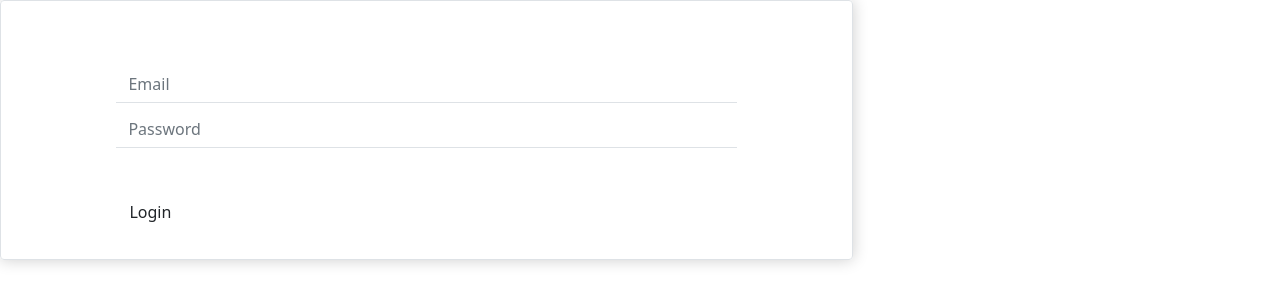
Repository: SaudCh/React-login
Page: /login
These files come from the project's save history. The page is drawn as it stood at one moment and after the next save; the edit follows.
The browser window is 1280 px wide. The pictures show the whole page.
The project was rebuilt for these pictures with package versions that can differ from the ones it lists, and the page was loaded fresh each time. Also part of the build but not shown: src/Components/Register/RegsiterCss.js, src/Components/Register/RegisterValidation.js, src/Components/Register/Register.jsx, src/Components/Home/Home.jsx.

Above is the page before, as saved 2022-02-05 22:34:32.

### src/App.js
import Login from './Components/Login/Login';
import Register from './Components/Register/Register'
import '../node_modules/bootstrap/dist/css/bootstrap.min.css'
import { Routes, Route } from 'react-router-dom'
import Home from './Components/Home/Home';

function App() {
  return (
    <Routes>
      <Route path="login" element={<Login />} />
      <Route path="register" element={<Register />} />
      <Route path="/" element={<Home />} />
      <Route path="*" element={<Register />} />
    </Routes >
  );
}

export default App;

### src/Components/Login/Login.jsx
import React, { useState } from "react";
import "./Login.css";
import { formStyle } from "./logincss";
import axios from "axios";
import { loginValidation } from "./loginValidation";

export default function Login() {
  const [email, setEmail] = useState();
  const [password, setPassword] = useState();
  const [error, setError] = useState("");

  const formSubmit = (e) => {
    setError("");
    e.preventDefault();
    const data = {
      email: email,
      password: password,
    };

    const errors = loginValidation(data);

    if (Object.keys(errors).length !== 0) {
      setError(errors);
      return;
    }

    axios
      .post("http://localhost:5000/api/user/login", data)
      .then(function (response) {
        console.log(response);
      })
      .catch(function (error) {
        let err;
        if (error.response) {
          err = error.response.data.message;
        } else if (error.request) {
          err = error.toJSON().message;
        } else {
          err = error.message;
        }
        setError({ api: err });
      });
  };

  return (
    <div>
      <div className="container-fluid">
        <div className="row">
          <div className="col-10 col-md-8 background-text border rounded">
            <form onSubmit={formSubmit} className="col-9">
              {error.api && <p className="text-danger p-0 m-0">{error.api}</p>}
              <div className="my-2">
                <h4 className="text-white">Login </h4>
              </div>
              <div className="form-group my-2">
                <input
                  style={formStyle}
                  value={email}
                  onChange={(email) => setEmail(email.target.value)}
                  type="email"
                  class="form-control border-bottom"
                  id="email"
                  placeholder="Email"
                />
                {error.email && (
                  <p className="text-danger p-0 m-0">{error.email}</p>
                )}
              </div>
              <div className="form-group my-2">
                <input
                  style={formStyle}
                  value={password}
                  onChange={(password) => setPassword(password.target.value)}
                  type="password"
                  class="form-control border-bottom"
                  id="password"
                  placeholder="Password"
                />
                {error.password && (
                  <p className="text-danger p-0 m-0">{error.password}</p>
                )}
              </div>
              <div className="my-2">
                <div>
                  <p className="text-white" style={{ fontSize: "0.9rem" }}>
                    New to Website <span>Register</span>
                  </p>
                </div>
                <button className="btn" style={{ backgroundColor: "white" }}>
                  Login
                </button>
              </div>
            </form>
          </div>
          <div className="col-4"></div>
        </div>
      </div>
    </div>
  );
}

### src/Components/Login/Login.css
.background-image {
  background-image: linear-gradient(rgba(0, 0, 0, 0.2), rgba(0, 0, 0, 0.2)),
    url("../Images/books.jpg");
  background-position: center;
  background-repeat: no-repeat;
  background-size: cover;

  height: 100vh;
  justify-content: center;
  align-items: center;

  position: relative;
  z-index: 1;
}
.background-image::before {
  content: "";
  position: absolute;
  background: inherit;
  top: 0;
  bottom: 0;
  left: 0;
  right: 0;
  filter: blur(1px);
  z-index: -1;
}

.background-text {
  padding: 20px 0px;
  display: flex;
  justify-content: center;
  align-items: center;

  box-shadow: 0 0 1rem 0 rgba(0, 0, 0, 0.2);
  position: relative;
  background: inherit;
  z-index: 1;
}
.background-text::before {
  content: "";
  position: absolute;
  background: inherit;
  top: 0;
  bottom: 0;
  left: 0;
  right: 0;
  box-shadow: inset 0 0 2000px rgba(255, 255, 255, 0.3);
  /* filter: blur(1px); */
  z-index: -1;
}

input:hover,
input:active,
input:focus,
input:-webkit-autofill {
  outline: 0px !important;
  -webkit-appearance: none;
  box-shadow: none !important;
}
input:-webkit-autofill,
input:-webkit-autofill:focus {
  transition: background-color 600000s 0s, color 600000s 0s;
}

### src/Components/Login/logincss.js
export const formStyle = {
    backgroundColor: "transparent",
    color: "white",
    border: "none",
    borderRadius: 0,
};

### src/Components/Login/loginValidation.js
export const loginValidation = (data) => {
    let errors = {};

    if (!data.email) {
        errors.email = "Email Is Required."
    }
    else if (!/\S+@\S+\.\S+/.test(data.email)) {
        errors.email = "Invalid Email"
    }
    if (!data.password) {
        errors.password = "Password is required."
    }
    else if (data.password.length < 6) {
        errors.password = "Password Must be more than Six Characters"
    }
    return errors;

}

### src/Components/Register/Register.css
.background-image {
  background-image: linear-gradient(rgba(0, 0, 0, 0.2), rgba(0, 0, 0, 0.2)),
    url("../Images/books.jpg");
  background-position: center;
  background-repeat: no-repeat;
  background-size: cover;

  height: 100vh;
  justify-content: center;
  align-items: center;

  position: relative;
  z-index: 1;
}
.background-image::before {
  content: "";
  position: absolute;
  background: inherit;
  top: 0;
  bottom: 0;
  left: 0;
  right: 0;
  filter: blur(1px);
  z-index: -1;
}

.background-text {
  padding: 20px 0px;
  display: flex;
  justify-content: center;
  align-items: center;

  box-shadow: 0 0 1rem 0 rgba(0, 0, 0, 0.2);
  position: relative;
  background: inherit;
  z-index: 1;
}
.background-text::before {
  content: "";
  position: absolute;
  background: inherit;
  top: 0;
  bottom: 0;
  left: 0;
  right: 0;
  box-shadow: inset 0 0 2000px rgba(255, 255, 255, 0.3);
  /* filter: blur(1px); */
  z-index: -1;
}

input:hover,
input:active,
input:focus,
input:-webkit-autofill {
  outline: 0px !important;
  -webkit-appearance: none;
  box-shadow: none !important;
}
input:-webkit-autofill,
input:-webkit-autofill:focus {
  transition: background-color 600000s 0s, color 600000s 0s;
}

Loaded but not shown: public/index.html (common file); src/index.js (common file); src/index.css (common file); src/reportWebVitals.js (common file)

After the next save:
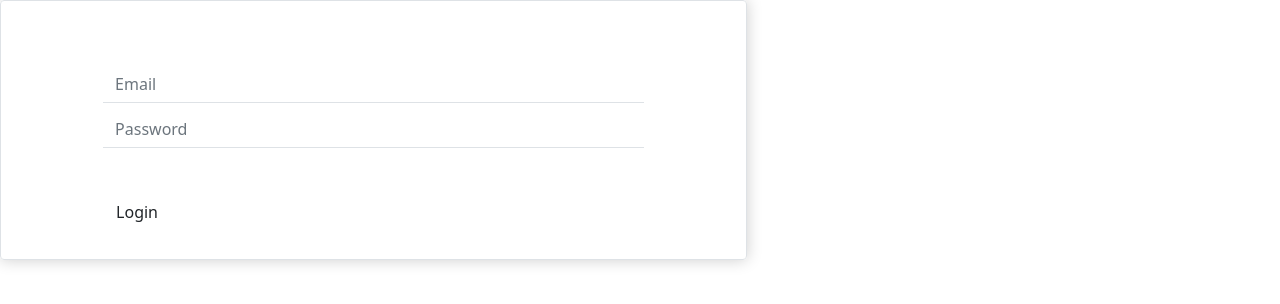
Saved 10 s later.
--- a/src/Components/Login/Login.jsx
+++ b/src/Components/Login/Login.jsx
@@ -46,7 +46,7 @@
     <div>
       <div className="container-fluid">
         <div className="row">
-          <div className="col-10 col-md-8 background-text border rounded">
+          <div className="col-10 col-md-7 background-text border rounded">
             <form onSubmit={formSubmit} className="col-9">
               {error.api && <p className="text-danger p-0 m-0">{error.api}</p>}
               <div className="my-2">

After the save that followed:
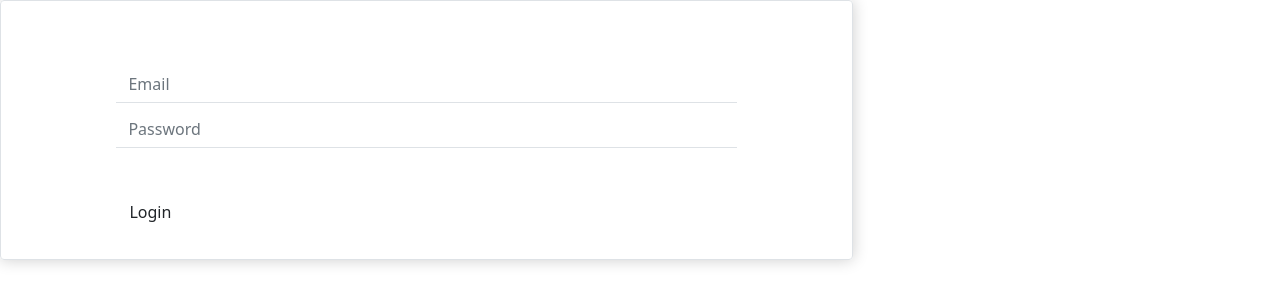
Saved 7 s later.
--- a/src/Components/Login/Login.jsx
+++ b/src/Components/Login/Login.jsx
@@ -46,7 +46,7 @@
     <div>
       <div className="container-fluid">
         <div className="row">
-          <div className="col-10 col-md-7 background-text border rounded">
+          <div className="col-10 col-md-8 background-text border rounded">
             <form onSubmit={formSubmit} className="col-9">
               {error.api && <p className="text-danger p-0 m-0">{error.api}</p>}
               <div className="my-2">
